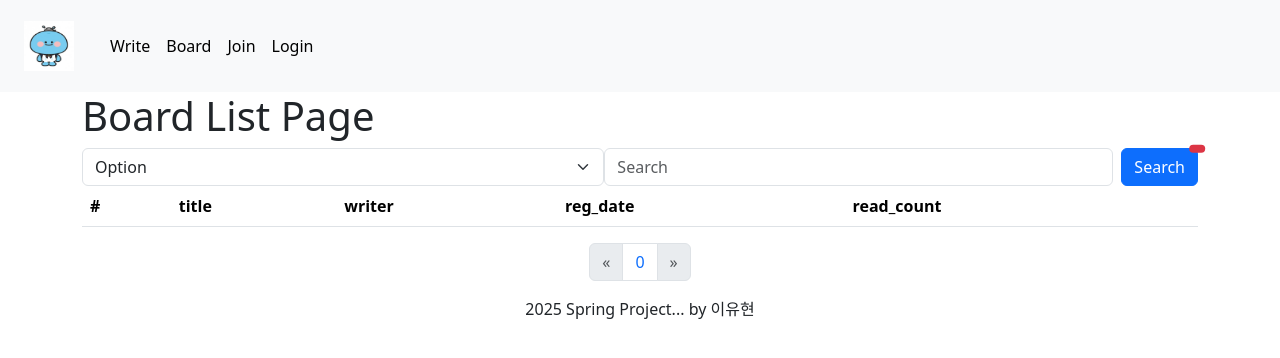
Repository: LeeYouHyeon/6.Spring
Page: http://localhost/spring_project/WEB-INF/views/board/list.jsp
An editor plug-in stored every save of this project. The page is shown before and after the next save, followed by the edit.
The browser window is 1280 px wide. The pictures show the whole page.
The page is served by Tomcat 9. Nobody is signed in. The template is opened directly, without the code that normally fills it, so the values that code supplies are empty.

Above is the page before, as saved 2025-06-02 06:39:09.
Console error: TypeError: Cannot read properties of null (reading 'addEventListener')

After the next save:
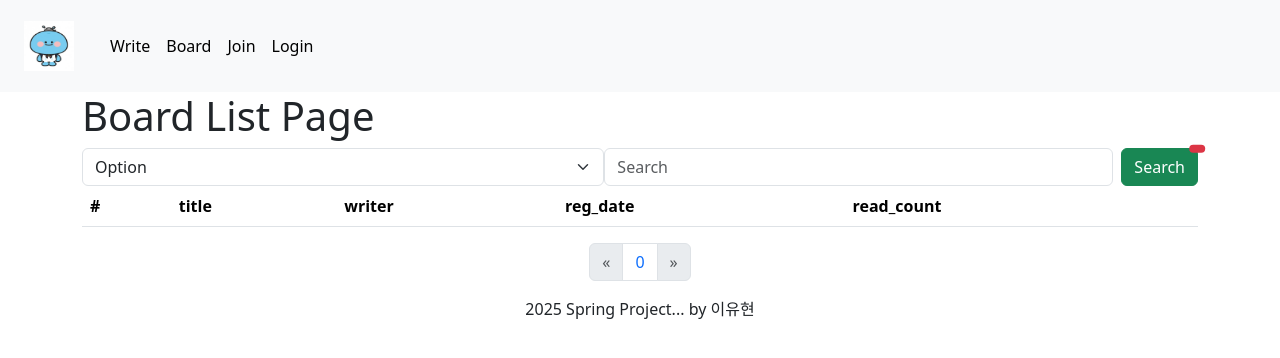
Saved 18 s later.
--- a/spring_project/src/main/webapp/WEB-INF/views/board/list.jsp
+++ b/spring_project/src/main/webapp/WEB-INF/views/board/list.jsp
@@ -15,7 +15,7 @@
 		</select>
 		<input class="form-control me-2" type="search" placeholder="Search" aria-label=required>
 
-		<button type="button" class="btn btn-primary position-relative"> Search
+		<button type="button" class="btn btn-success position-relative"> Search
 			<span class="position-absolute top-0 start-100 translate-middle badge rounded-pill bg-danger"> ${ph.totalCount}
 				<span class="visually-hidden">unread messages</span>
 			</span>
